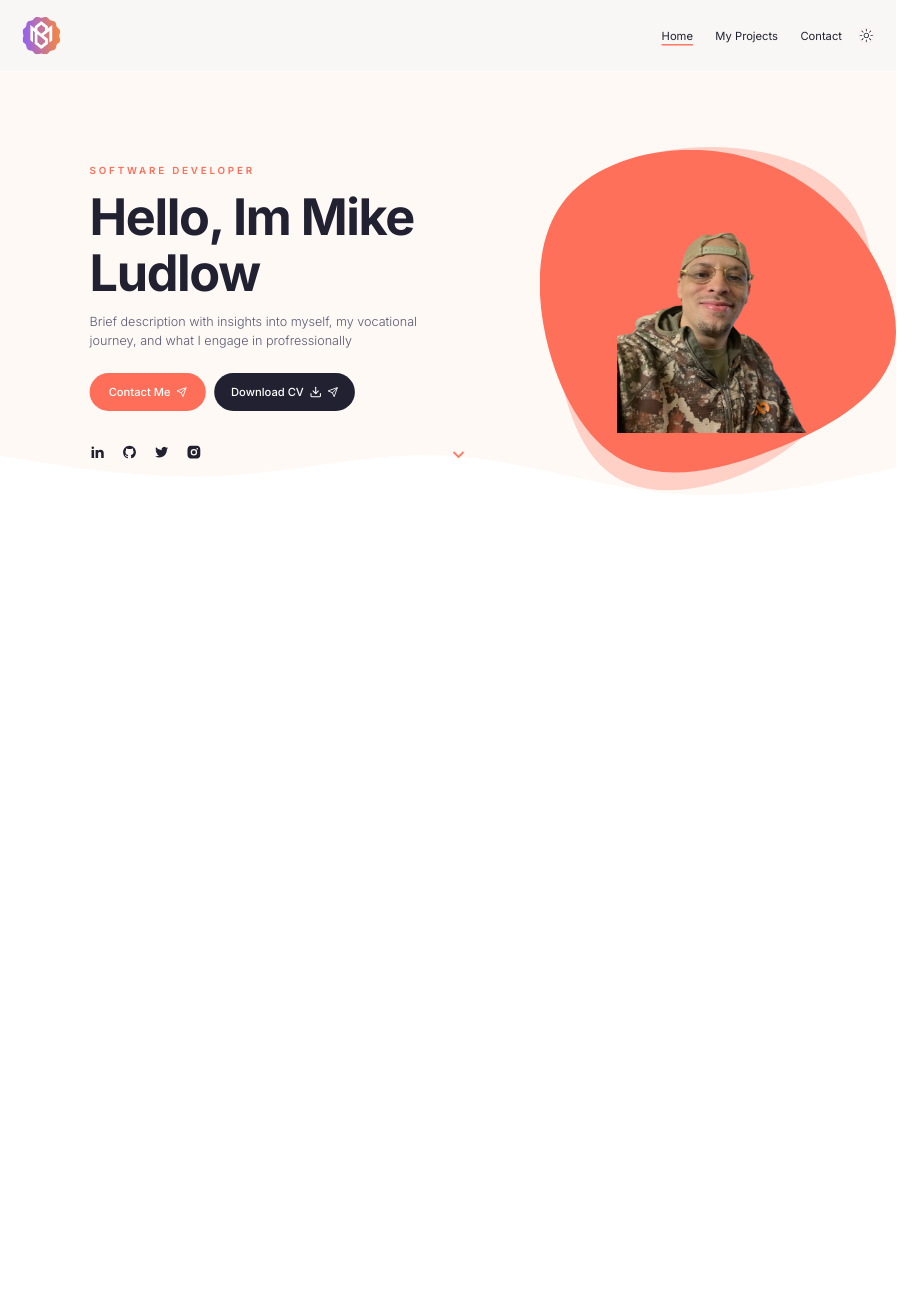
Repository: MikeeBuilds/mike-port
Page: /
An editor plug-in stored every save of this project. The page is shown before and after the next save, followed by the edit.
The browser window is 1280 px wide. The page is 1288 px wide, then 1312 px, then 1288 px, so the pictures cover 1312 px, including what lies to the right of the window. The pictures show the part of the page from y = 0 to 1880 px (the page is 4731 px tall), at 70% of full size.
The project was rebuilt for these pictures with package versions that can differ from the ones it lists, and the page was loaded fresh each time. The framework's server and built-in components were replaced by stand-ins that run in the browser. Also part of the build but not shown: next.config.js, components/Badge.jsx.

Above is the page before, as saved 2023-11-30 11:19:43.

After the next save:
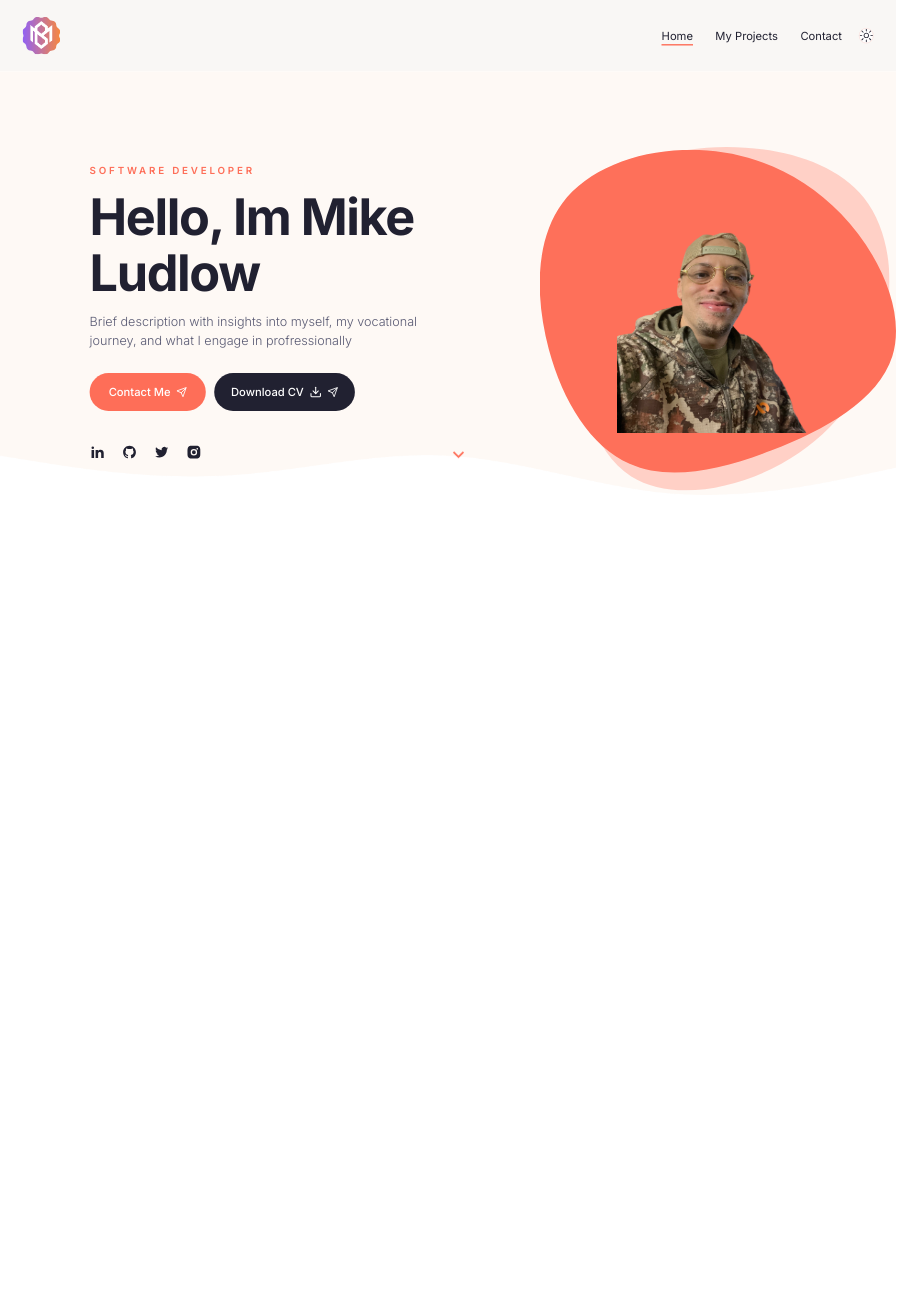
Saved 83 s later.
--- a/components/Hero.jsx
+++ b/components/Hero.jsx
@@ -50,7 +50,7 @@
         </div>
         {/* image */}
         <div className="hidden xl:flex relative">
-          <div className="bg-hero_shape2_light dark:bg-hero_shape2_dark w-[500px] h-[500px] bg-no-repeat absolute -top-1 -right-2"></div>
+          <div className="bg-hero_shape2_light dark:bg-hero_shape2_dark w-[500px] h-[500px] bg-no-repeat absolute -top-1 -right-8"></div>
           <DevImg containerStyles="bg-hero_shape w-[510px] h-[462px] bg-no-repeat relative bg-bottom" imgSrc='/hero/developer.png'/>
         </div>
         {/* icon */}

After the save that followed:
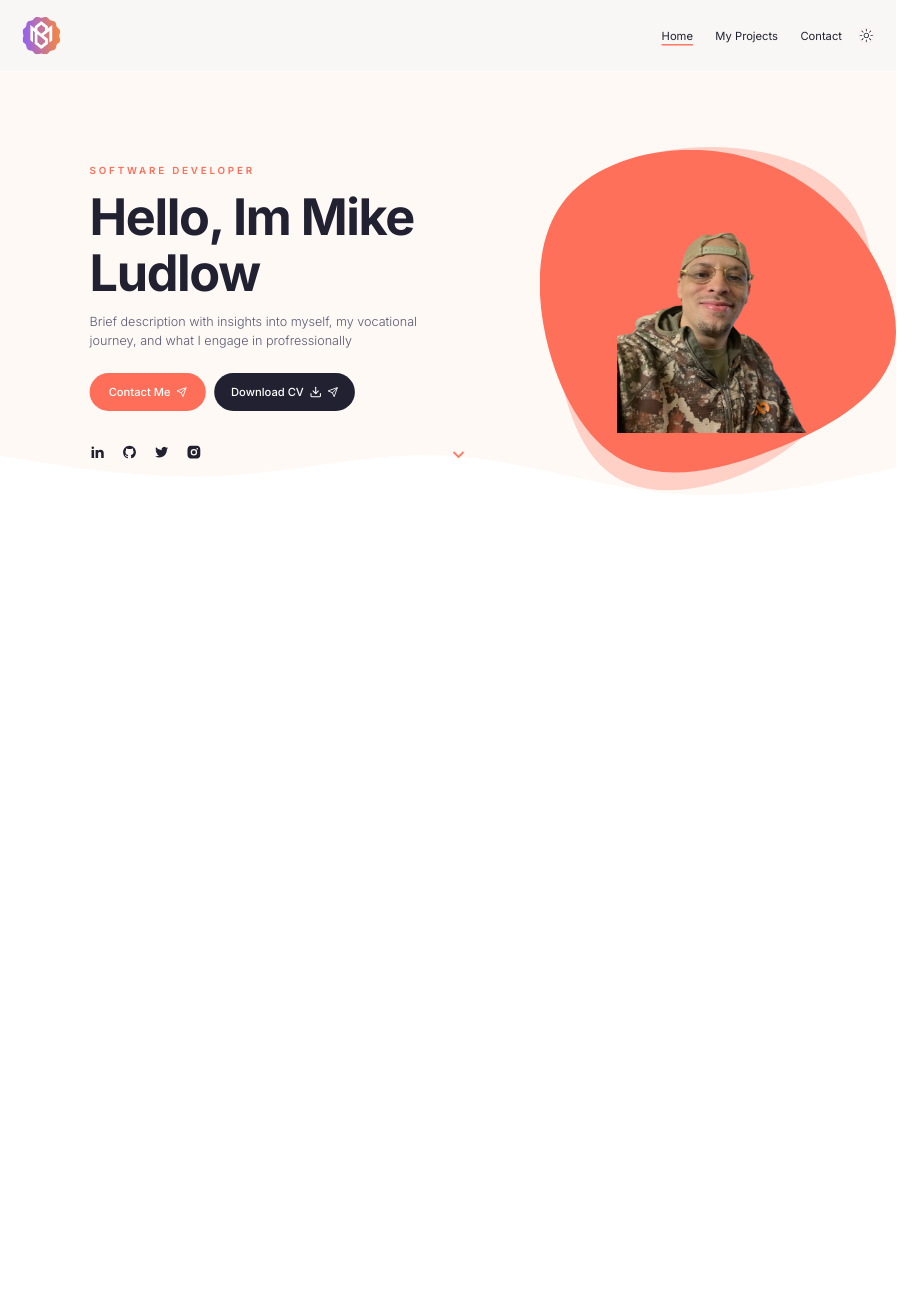
Saved 25 s later.
--- a/components/Hero.jsx
+++ b/components/Hero.jsx
@@ -50,7 +50,7 @@
         </div>
         {/* image */}
         <div className="hidden xl:flex relative">
-          <div className="bg-hero_shape2_light dark:bg-hero_shape2_dark w-[500px] h-[500px] bg-no-repeat absolute -top-1 -right-8"></div>
+          <div className="bg-hero_shape2_light dark:bg-hero_shape2_dark w-[500px] h-[500px] bg-no-repeat absolute -top-1 -right-2"></div>
           <DevImg containerStyles="bg-hero_shape w-[510px] h-[462px] bg-no-repeat relative bg-bottom" imgSrc='/hero/developer.png'/>
         </div>
         {/* icon */}
